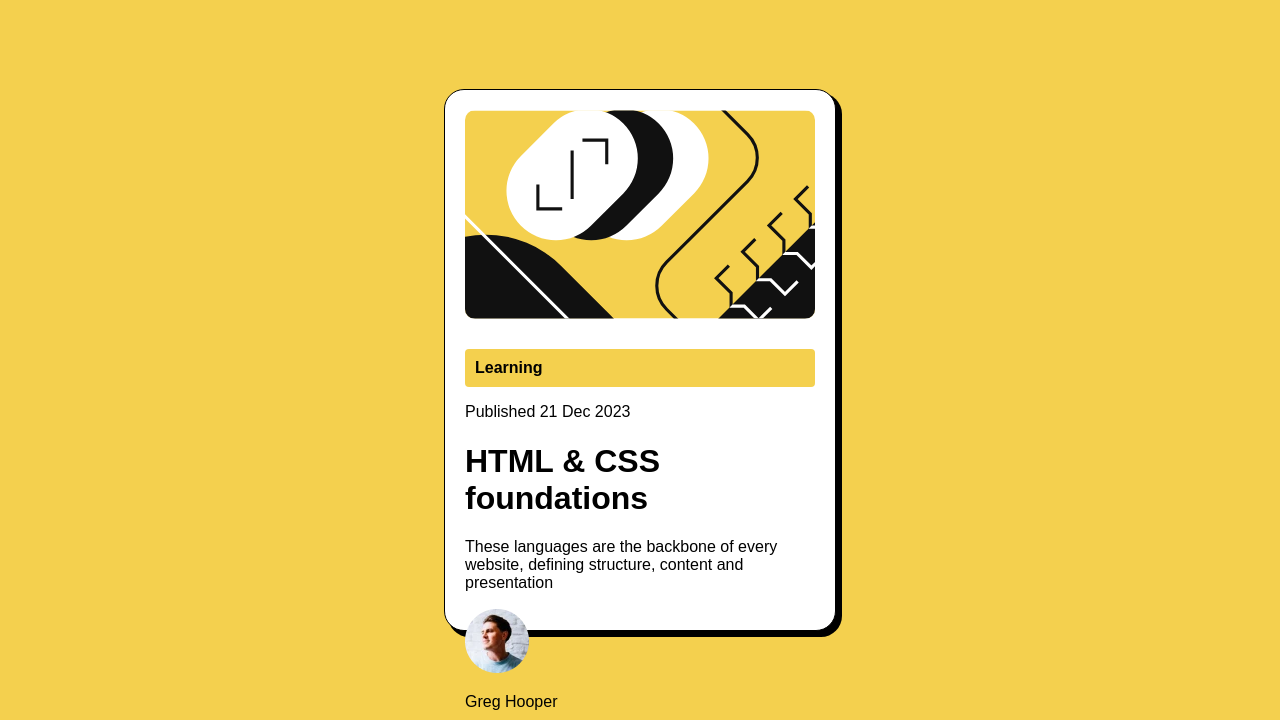
Repository: brandontaylor1/blogpreviewcard
Page: index.html
These files come from the project's save history. The page is drawn as it stood at one moment and after the next save; the edit follows.
The browser window is 1280 px wide. The pictures show the whole page.

Above is the page before, as saved 2024-12-25 11:13:18.

After the next save:
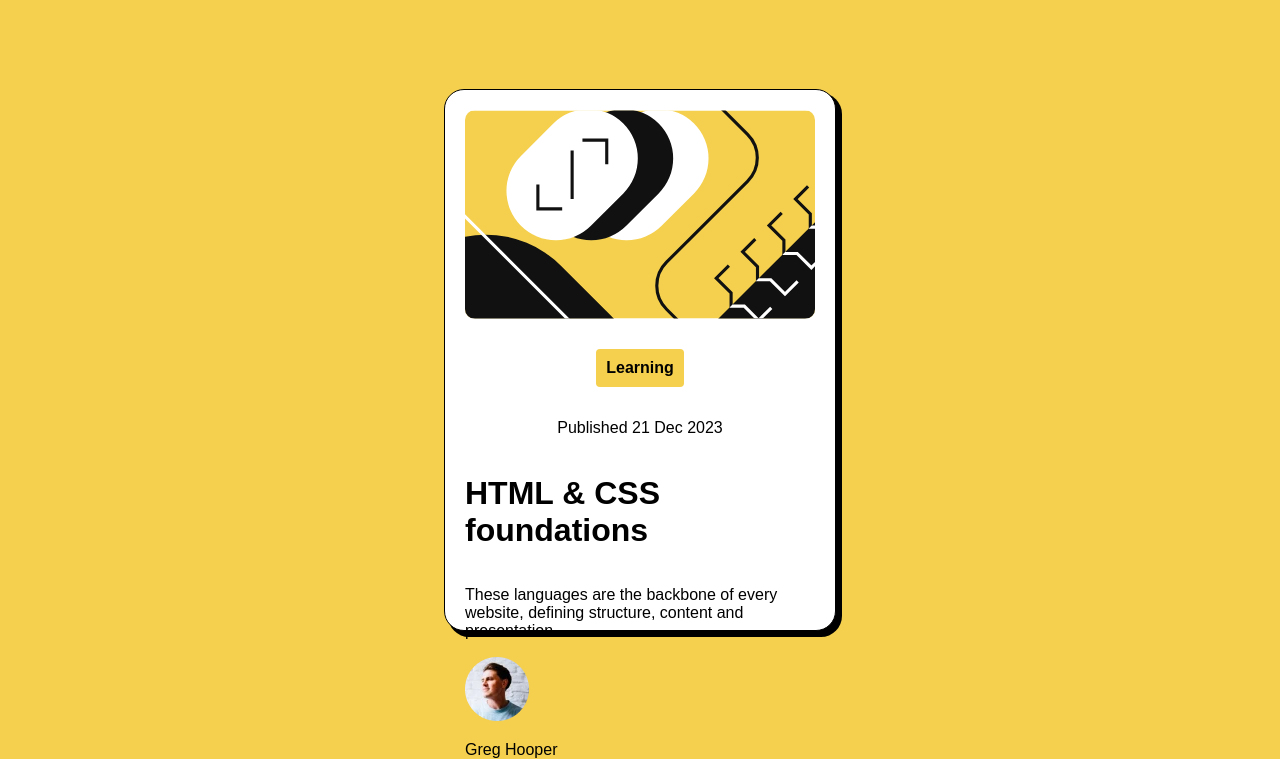
Saved 6 s later.
--- a/index.css
+++ b/index.css
@@ -49,7 +49,12 @@ body {
     border-radius: 10px;
 }
 
-
+.card-content {
+    display: flex;
+    flex-direction: column;
+    align-items: center;
+    justify-content: center;
+}
 
 #learning-tag {
     background-color: var(--primary-yellow);
